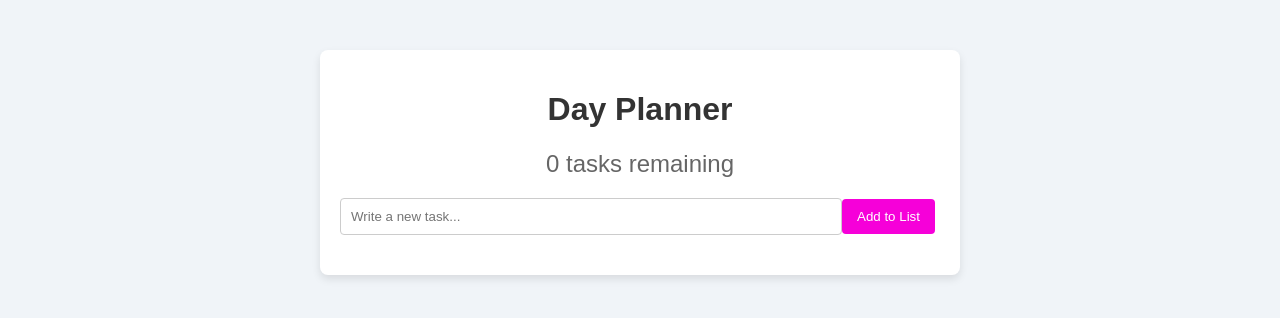
Repository: madelinestruthers/shema-lab04
Page: /
The author's editor kept a copy of each file at every save. The page is drawn from the files as they stood at one save, then again after the next save.
The browser window is 1280 px wide. The pictures show the whole page.
The project was rebuilt for these pictures with package versions that can differ from the ones it lists, and the page was loaded fresh each time. Also part of the build but not shown: src/components/Task.jsx.

Above is the page before, as saved 2024-10-20 20:09:07.

### src/index.css
body {
  font-family: Arial, sans-serif;
  background-color: #f0f4f8;
  margin: 0;
  padding: 0;
}

.app-container {
  width: 80%;
  max-width: 600px;
  margin: 50px auto;
  background-color: #fff;
  padding: 20px;
  border-radius: 8px;
  box-shadow: 0 4px 8px rgba(0, 0, 0, 0.1);
}

h1 {
  text-align: center;
  color: #333;
}

h2 {
  text-align: center;
  color: #666;
  font-weight: normal;
}

.task-list {
  margin-top: 20px;
}

.task-item {
  display: flex;
  justify-content: space-between;
  align-items: center;
  background-color: #f9f9f9;
  padding: 10px;
  border-radius: 4px;
  margin-bottom: 10px;
  border: 1px solid #e0e0e0;
}

.task-item.completed {
  text-decoration: line-through;
}

.task-item button {
  background-color: #f600d9;
  color: white;
  border: none;
  padding: 5px 10px;
  border-radius: 4px;
  cursor: pointer;
}

.task-item button:hover {
  background-color: #eb73e3;
}

input[type="text"] {
  width: 80%;
  padding: 10px;
  border: 1px solid #ccc;
  border-radius: 4px;
}

button {
  background-color: #f600d9;
  color: white;
  border: none;
  padding: 10px 15px;
  border-radius: 4px;
  cursor: pointer;
}

button:hover {
  background-color: #eb73e3;
}

### src/App.jsx
// src/App.jsx
import React, { useState } from 'react';
import Task from './components/Task.jsx';
import TaskForm from './components/TaskForm.jsx';

function App() {
  const [tasks, setTasks] = useState([]);

  const addTask = (taskText) => {
    const newTask = {
      id: Date.now(),
      text: taskText,
      completed: false,
    };
    setTasks([...tasks, newTask]);
  };

  const toggleComplete = (taskId) => {
    setTasks(tasks.map((task) =>
      task.id === taskId ? { ...task, completed: !task.completed } : task
    ));
  };

  const deleteTask = (taskId) => {
    setTasks(tasks.filter((task) => task.id !== taskId));
  };

  const remainingTasks = tasks.filter((task) => !task.completed).length;

  return (
    <div className="app-container">
      <h1>Day Planner</h1>
      <h2>{remainingTasks} tasks remaining</h2>

      <TaskForm addTask={addTask} />

      <div className="task-list">
        {tasks.map((task) => (
          <Task
            key={task.id}
            task={task}
            toggleComplete={toggleComplete}
            deleteTask={deleteTask}
          />
        ))}
      </div>
    </div>
  );
}

export default App;

### src/components/TaskForm.jsx
import React, { useState } from 'react';

const TaskForm = ({ addTask }) => {
  const [taskText, setTaskText] = useState('');

  const handleSubmit = (e) => {
    e.preventDefault();
    if (!taskText.trim()) return;
    addTask(taskText);
    setTaskText('');
  };

  return (
    <form onSubmit={handleSubmit}>
      <input
        type="text"
        value={taskText}
        onChange={(e) => setTaskText(e.target.value)}
        placeholder="Write a new task..."
      />
      <button type="submit">Add to List</button>
    </form>
  );
};

export default TaskForm;

Loaded but not shown: public/index.html (common file); src/index.js (common file)

After the next save:
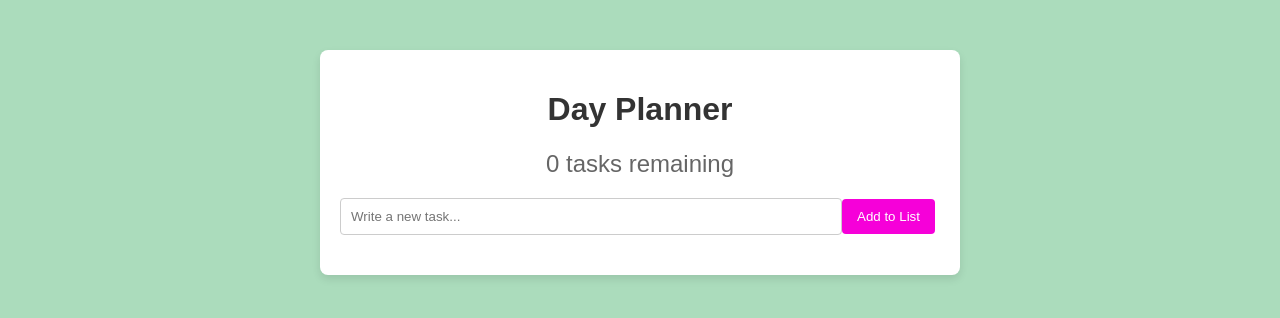
Saved 17 s later.
--- a/src/index.css
+++ b/src/index.css
@@ -1,6 +1,6 @@
 body {
   font-family: Arial, sans-serif;
-  background-color: #f0f4f8;
+  background-color: #abdcbc;
   margin: 0;
   padding: 0;
 }
